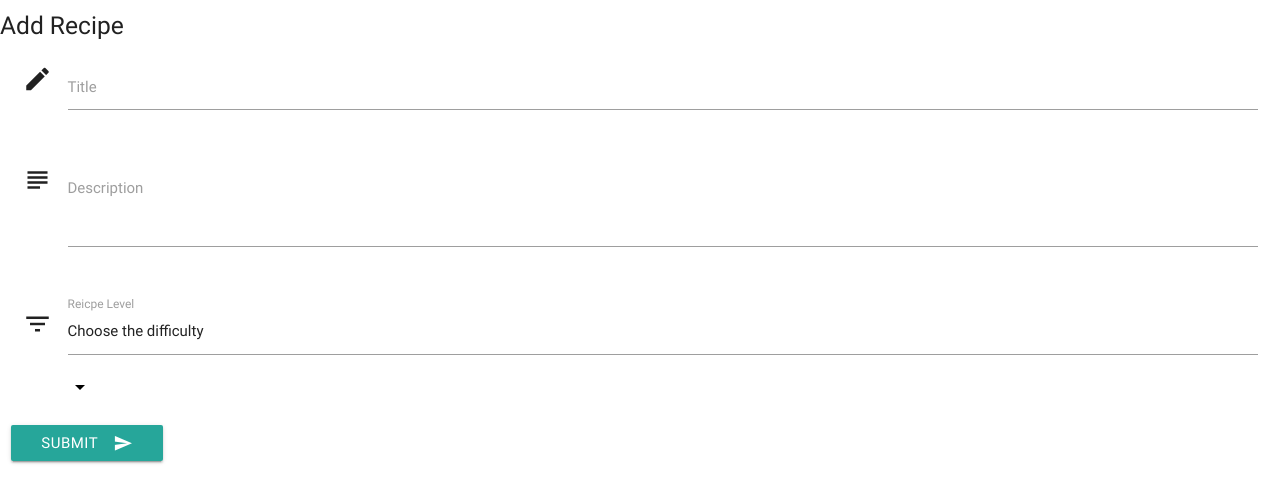
Repository: neillarkin/atari-app
Page: http://localhost/add_recipe
The author's editor kept a record of every edit. The page is drawn from the files as they stood at one moment, then again after the next edit.
The browser window is 1280 px wide. The pictures show the whole page.
The page is served by the project's application, run on Flask 3 (run.py). Queries for data that is not in the repository find no rows.

Above is the page before.

### templates/add_recipe.html
{% extends 'base.html' %} {% block content %}

<h5>Add Recipe</h5>
<div class="row">
  <form action="" method="POST" class="col s12">

    <div class="row">
      <div class="input-field col s12">
        <i class="material-icons prefix">create</i>
        <input id="input_text" name="recipe_name" type="text" data-length="15" class="validate">
        <label for="input_text">Title</label>
      </div>
    </div>
    <div class="row">
      <div class="input-field col s12">
        <i class="material-icons prefix">subject</i>
        <textarea id="textarea2" class="materialize-textarea" data-length="30"></textarea>
        <label for="textarea2">Description</label>
      </div>
    </div>
    <div class="row">
      <div class="input-field col s12">
        <i class="material-icons prefix">filter_list</i>
        <select id="category" name="category_name">
          <option value="" disabled selected>Choose the difficulty</option>
          {% for category in categories %}
            <option value="{{category.category_name}}">{{category.category_name}}</option>
          {% endfor %}
        </select>
        <label>Reicpe Level</label>
      </div>
    </div>
    <!--</div>-->
        <div class="row">
    <button class="btn waves-effect waves-light" type="submit" name="action">Submit
    <i class="material-icons right">send</i>
    </button>
    </div>
  </form>
</div>
{% endblock %}

### templates/base.html
<!DOCTYPE html>
<html>

<head>
    <link href="https://fonts.googleapis.com/icon?family=Material+Icons" rel="stylesheet">
    <link rel="stylesheet" href="https://cdnjs.cloudflare.com/ajax/libs/materialize/0.100.2/css/materialize.min.css">
</head>

<body>
    {% block content %} {% endblock %}
    <script src="https://code.jquery.com/jquery-3.4.1.min.js" integrity="sha256-CSXorXvZcTkaix6Yvo6HppcZGetbYMGWSFlBw8HfCJo=" crossorigin="anonymous"></script>
    <script src="https://cdnjs.cloudflare.com/ajax/libs/materialize/1.0.0/js/materialize.min.js"></script>
    <script>
        $(document).ready(function() {
            $('.collapsible').collapsible();
            $('input#input_text, textarea#textarea2').characterCounter();
            $('select').formSelect();
        });
    </script>
</body>

</html>

### run.py
import os
from flask import Flask, render_template, redirect, request, url_for
from flask_pymongo import PyMongo
from bson.objectid import ObjectId

app = Flask(__name__)

app.config["MONGO_DBNAME"] = 'recipe_db'
app.config['MONGO_URI'] = 'mongodb+srv://root:r00tUser@myfirstcluster-tbkzy.mongodb.net/recipe_db?retryWrites=true&w=majority'

mongo = PyMongo(app) #constructor method

#route decorator is a URL that redirects to a Python function
@app.route('/')
@app.route('/get_recipes')
def get_tasks():
    return render_template("recipes.html", recipes=mongo.db.recipes.find())

@app.route('/add_recipe')
def add_recipe():
    return render_template('add_recipe.html', categories=mongo.db.categories.find())

@app.route('/create_recipe', methods=['POST'])
def create_recipe():
    recipes = mongo.db.recipes
    recipes.insert_one(request.form.to_dict()) #insert request oject which is our form
    return redirect(url_for('get_recipes'))  # redirect to the get_recipes page to see the new entry


if __name__ == '__main__':
    app.run(host=os.environ.get('IP'),
            port=int(os.environ.get('PORT')),
            debug=True)

After the next edit:
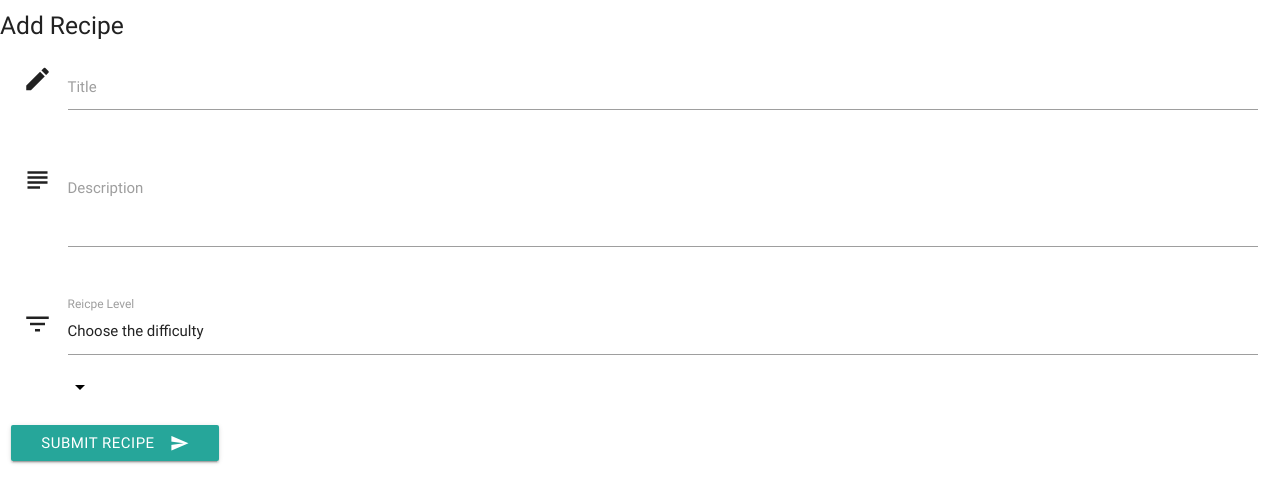
The edit:
--- a/templates/add_recipe.html
+++ b/templates/add_recipe.html
@@ -31,8 +31,8 @@
       </div>
     </div>
     <!--</div>-->
-        <div class="row">
-    <button class="btn waves-effect waves-light" type="submit" name="action">Submit
+    <div class="row">
+      <button class="btn waves-effect waves-light" type="submit" name="action">Submit recipe
     <i class="material-icons right">send</i>
     </button>
     </div>
